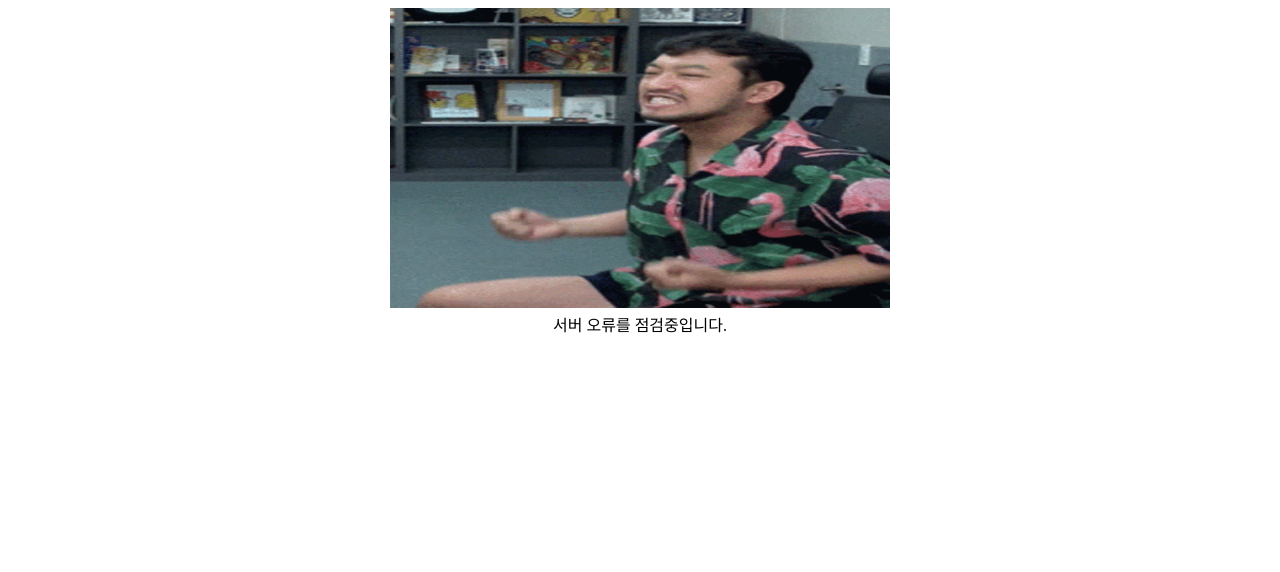
Repository: songhak1226/Web_Server
Page: http://localhost/Ex03JSP/Ex04ErrorPage.jsp
The author's editor kept a copy of each file at every save. The page is drawn from the files as they stood at one save, then again after the next save.
The browser window is 1280 px wide. The pictures show the whole page.
The page is served by Tomcat 9.

Above is the page before, as saved 2023-05-16 05:45:53.

After the next save:
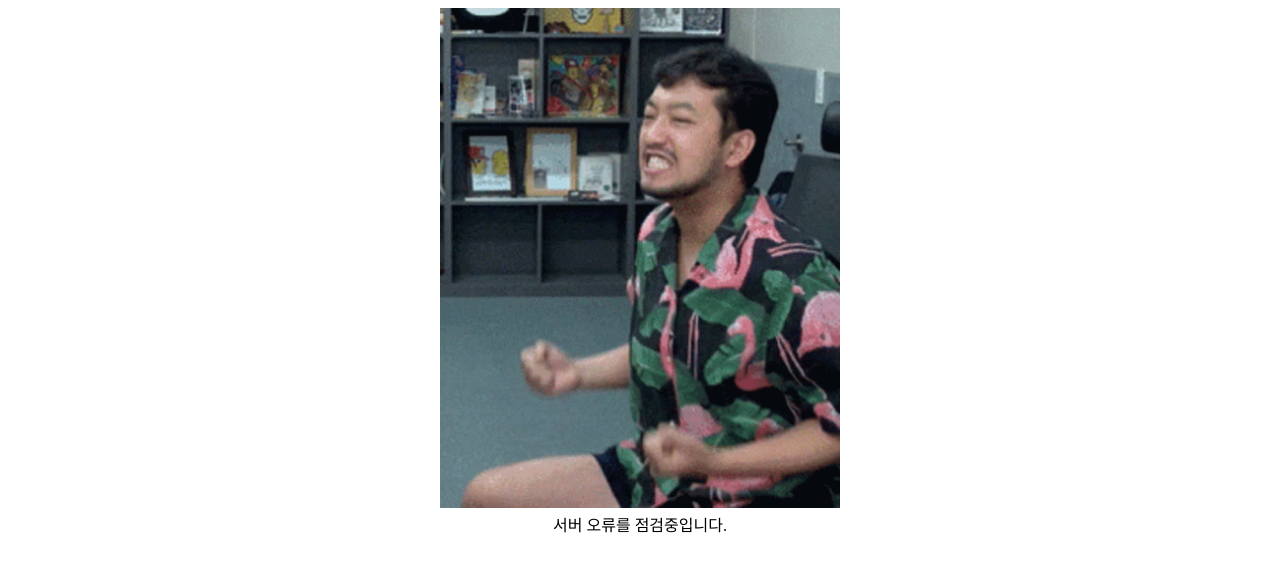
Saved 16 s later.
--- a/Ex03JSP/src/main/webapp/Ex04ErrorPage.jsp
+++ b/Ex03JSP/src/main/webapp/Ex04ErrorPage.jsp
@@ -10,7 +10,7 @@
 </head>
 <body align="center">
 	<!-- <img src="./img/error.jpg" width="500px" height="300px"><br> -->
-	<img src="./img/likePic.gif" width="500px" height="300px"><br>
+	<img src="./img/likePic.gif" width="400px" height="500px"><br>
 	서버 오류를 점검중입니다.
 </body>
 </html>
